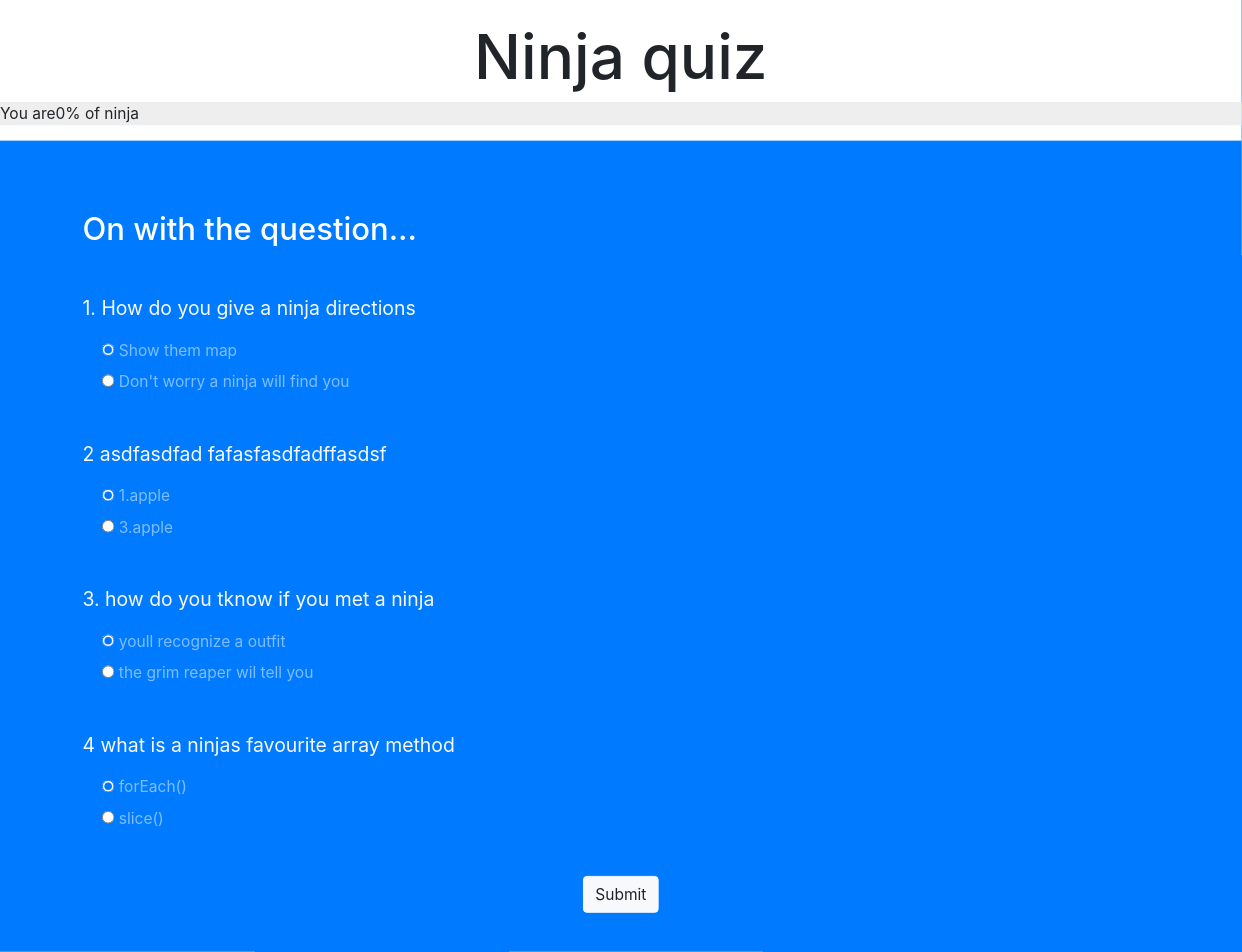
Repository: ajgors/config
Page: Nauka Js/Projekty/Quiz/index.html
An editor plug-in stored every save of this project. The page is shown before and after the next save, followed by the edit.
The browser window is 1280 px wide. The pictures show the whole page, at 97% of full size.

Above is the page before, as saved 2019-08-11 18:15:10.

### Nauka Js/Projekty/Quiz/index.html
<!DOCTYPE html>
<html lang="en">

<head>
    <meta charset="UTF-8">
    <meta name="viewport" content="width=device-width, initial-scale=1.0">
    <meta http-equiv="X-UA-Compatible" content="ie=edge">
    <title>Document</title>
    <link rel="stylesheet" href="https://stackpath.bootstrapcdn.com/bootstrap/4.3.1/css/bootstrap.min.css"
        integrity="sha384-ggOyR0iXCbMQv3Xipma34MD+dH/1fQ784/j6cY/iJTQUOhcWr7x9JvoRxT2MZw1T" crossorigin="anonymous">
        <link rel="stylesheet" href="css.css">
</head>

<body>
    <!-- Header -->
    <!-- <div class="intro py-3 bg-white text-center">
        <div class="container">
            <h2 class="text-primary display-3 my-4">Ninja Quiz</h2>
        </div>
    </div> -->

    <header class="header">
        <h1 class="header__title">Ninja quiz</h1>
    </header>

    <!-- Result -->
    <!-- <div class="result py-4 d-none bg-light text-center">
        <div class="container lead">
            <p>You are <span class="text-primary display-4 p-3">0%</span>Ninja</p>
        </div>
    </div> -->

    <div class="result">
        <p class="result__paragraph">You are<span>0%</span> of ninja</p>
    </div>

    <!-- Form -->
    <div class="quiz py-4 bg-primary">
        <div class="container">
            <h2 class="my-5 text-white">On with the question...</h2>
            <form action="" class="quiz-form text-light">
                <div class="my-5">
                    <p class="lead font-weight-normal">1. How do you give a ninja directions</p>
                    <div class="form-check my-2 text-white-50">
                        <input type="radio" name='q1' value='A' checked>
                        <label for="" class="form-check-label">Show them map</label>
                    </div>
                    <div class="form-check my-2 text-white-50">
                        <input type="radio" name='q1' value='B'>
                        <label for="" class="form-check-label">Don't worry a ninja will find you</label>
                    </div>
                </div>
                <div class="my-5">
                    <p class="lead font-weight-normal">2 asdfasdfad fafasfasdfadffasdsf</p>
                    <div class="form-check my-2 text-white-50">
                        <input type="radio" name='q2' value='A' checked>
                        <label for="" class="form-check-label">1.apple</label>
                    </div>
                    <div class="form-check my-2 text-white-50">
                        <input type="radio" name='q2' value='B'>
                        <label for="" class="form-check-label">3.apple</label>
                    </div>
                </div>
                <div class="my-5">
                    <p class="lead font-weight-normal">3. how do you tknow if you met a ninja</p>
                    <div class="form-check my-2 text-white-50">
                        <input type="radio" name='q3' value='A' checked>
                        <label for="" class="form-check-label">youll recognize a outfit</label>
                    </div>
                    <div class="form-check my-2 text-white-50">
                        <input type="radio" name='q3' value='B'>
                        <label for="" class="form-check-label">the grim reaper wil tell you</label>
                    </div>
                </div>
                <div class="my-5">
                    <p class="lead font-weight-normal">4 what is a ninjas favourite array method</p>
                    <div class="form-check my-2 text-white-50">
                        <input type="radio" name='q4' value='A' checked>
                        <label for="" class="form-check-label">forEach()</label>
                    </div>
                    <div class="form-check my-2 text-white-50">
                        <input type="radio" name='q4' value='B'>
                        <label for="" class="form-check-label">slice()</label>
                    </div>
                </div>
                <div class="text-center">
                    <input type="submit" class='btn btn-light'>
                </div>
            </form>
        </div>


        <div class="xd">
            <p class="xd"></p>
        </div>
    </div>

    <script src="js.js"></script>
</body>

</html>

### Nauka Js/Projekty/Quiz/css.css
.header__title{
    text-align: center;
    margin-top:  20px;
    font-size: 4em;
}

.result{
    background-color: #eee;

}

### Nauka Js/Projekty/Quiz/js.js




const form = document.querySelector('.quiz-form');
const result = document.querySelector('.result');
const correctAnswers = ['B','B','B','B'];
const spanResult = document.querySelector('span');

form.addEventListener('submit', e=>{
    e.preventDefault();

    //check answer
    let score = 0;
    const userAnswers = [form.q1.value, form.q2.value, form.q3.value, form.q4.value];

    userAnswers.forEach((answer, index) =>{
        if(answer === correctAnswers[index]){
            score += 25;
        }
    });

    scrollTo(0,0)
    result.classList.remove('d-none');
    // spanResult.textContent = `${score}%`

    let output = 0;
    const timer = setInterval(()=>{
        spanResult.textContent = `${output}%`
        if(output === score){
            clearInterval(timer);
        } else {
            output++;
        }
    })


})

After the next save:
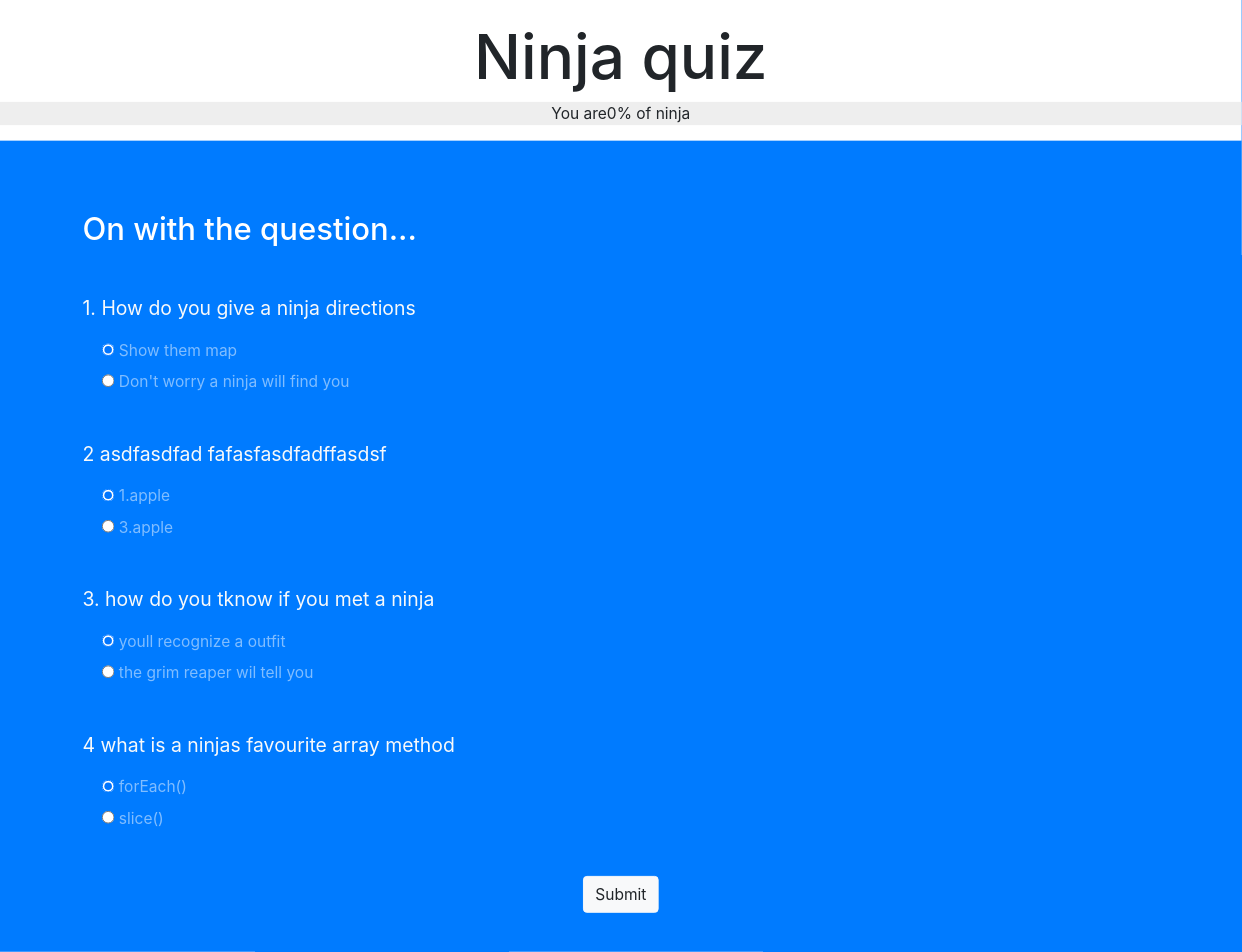
Saved 42 s later.
--- a/Nauka Js/Projekty/Quiz/css.css
+++ b/Nauka Js/Projekty/Quiz/css.css
@@ -6,5 +6,7 @@
 
 .result{
     background-color: #eee;
-
 }
+.result__paragraph{
+    text-align: center;
+}
